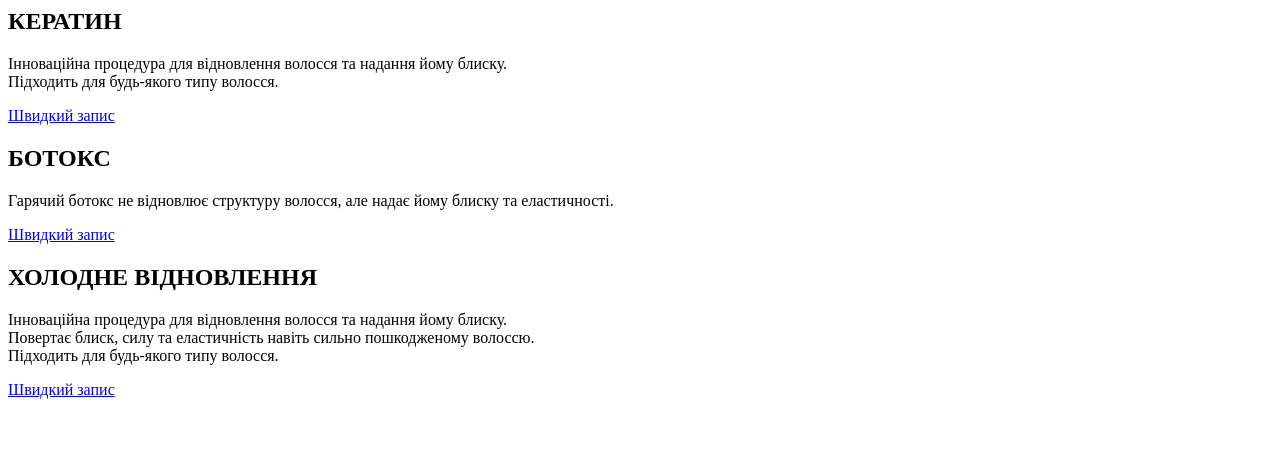
Repository: DianaKey/Keratin
Page: index.scroll.partial.html
An editor plug-in stored every save of this project. The page is shown before and after the next save, followed by the edit.
The browser window is 1280 px wide. The pictures show the whole page.

Above is the page before, as saved 2025-09-04 12:52:21.

After the next save:
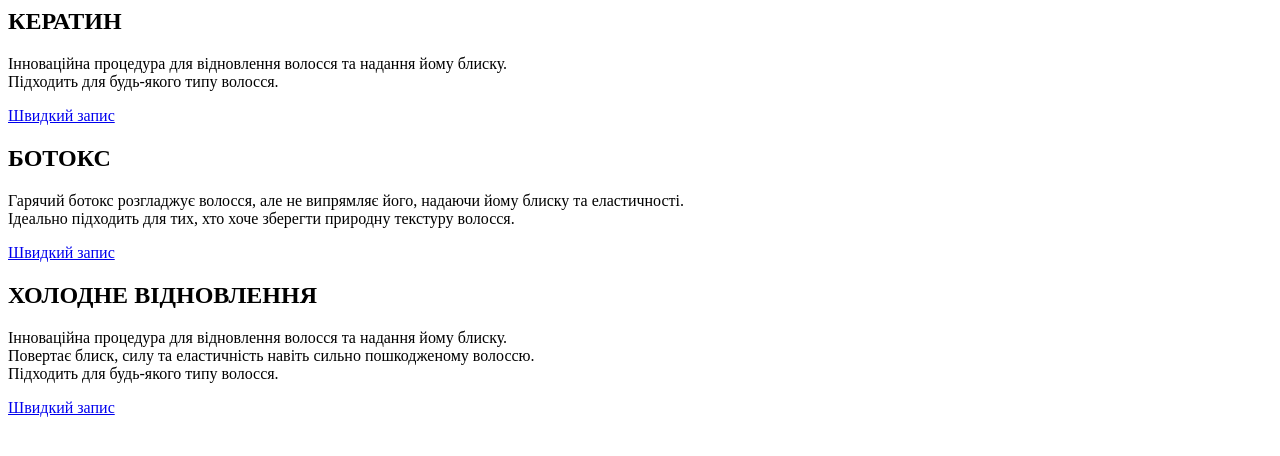
Saved 31 s later.
--- a/index.scroll.partial.html
+++ b/index.scroll.partial.html
@@ -15,7 +15,8 @@
   <div class="hero-section__content js-reveal">
     <h2 class="hero-section__title">БОТОКС</h2>
     <p class="hero-section__text">
-      Гарячий ботокс не відновлює структуру волосся, але надає йому блиску та еластичності.<br />
+      Гарячий ботокс розгладжує волосся, але не випрямляє його, надаючи йому блиску та еластичності.<br />
+      Ідеально підходить для тих, хто хоче зберегти природну текстуру волосся.<br />
     </p>
     <a class="hero-section__btn" href="#">Швидкий запис</a>
   </div>
